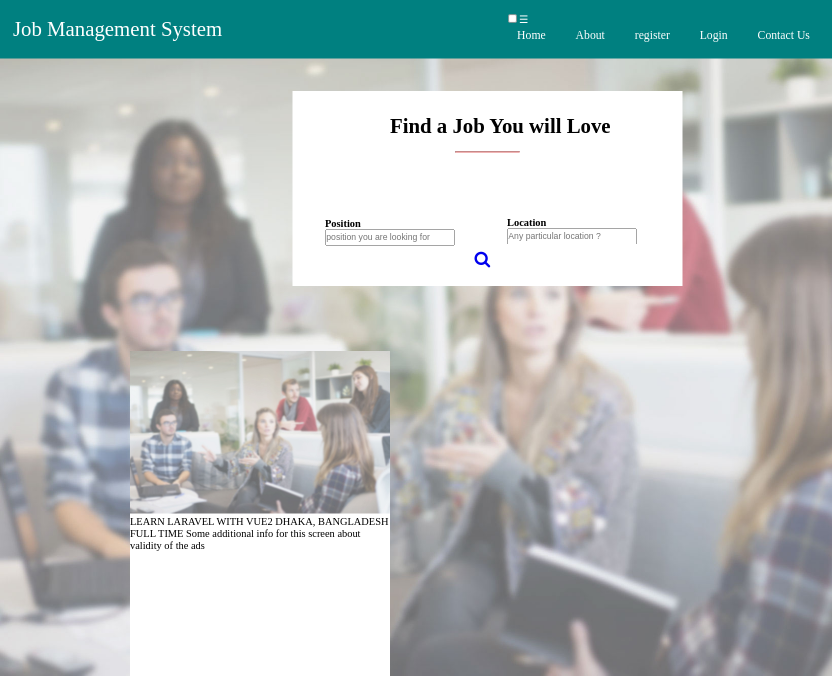
Repository: PrinceKumawat1109/JFSD
Page: http://localhost/Job-management/home.jsp
These files come from the project's save history. The page is drawn as it stood at one moment and after the next save; the edit follows.
The browser window is 1280 px wide. The pictures show the whole page, at 65% of full size.
The page is served by Tomcat 9. Other server files are loaded and not shown.

Above is the page before, as saved 2022-10-29 18:36:40.

### Job-management/src/main/webapp/home.jsp
<%@ page language="java" contentType="text/html; charset=UTF-8"
    pageEncoding="UTF-8"%>
<!DOCTYPE html>
<html>
<head>
<meta charset="UTF-8">
<link rel="stylesheet" href="https://cdnjs.cloudflare.com/ajax/libs/font-awesome/4.7.0/css/font-awesome.min.css">
<title>Home</title>
	<jsp:include page="navbar.jsp" />
</head>
<style>
body{
    background-image: url('meeting.jpg');

    background-size: cover;

}
.box{
height: 300px;
width: 600px;
background-color: white;
margin-left: 450px;
margin-top: 50px;
}
h4{
margin-left: 50px;
margin-top: 100px;
}
.location h4{
margin-left: 330px;
margin-top: -45px;

}
.card{
height:500px;
width: 400px;
background-color: white;
margin-left: 200px;
margin-top: 100px;
}
</style>
<body>

<div class="box">
<br><br>
<h1 style="margin-left: 150px;">Find a Job You will Love</h1>
<hr style="width: 100px; background-color: red; margin-left: 250px; margin-top: 20px;">
<h4>Position</h4>
<div class="kk" style="margin-left: 50px;">
<input style="height: 25px; width: 200px;"  type="box"  placeholder="position you are looking for">
</div>

<div class="location">
<h4>Location</h4>
<div class="ii">
<input style="height: 25px; width: 200px; margin-left: 330px; "  type="box" placeholder="Any particular location ?">
</div>
</div>
<div class="search">
<a href="facebook.com"><i class="fa fa-search" style="margin-top: 10px; font-size:26px; margin-left: 280px;"></i></a>
</div>
</div>

<div class="card">
<a href="instagram.com"><img src="meeting.jpg" style="height: 250px; width: 400px;"></a>
<p>LEARN LARAVEL WITH VUE2
 DHAKA, BANGLADESH FULL TIME

Some additional info for this screen about validity of the ads</p>

</div>
</body>
</html>

### Job-management/src/main/webapp/navbar.jsp
<!DOCTYPE html>
<html lang="en">
 <head>
   <meta charset="UTF-8" />
   <meta http-equiv="X-UA-Compatible" content="IE=edge" />
   <meta name="viewport" content="width=device-width, initial-scale=1.0" />
   <style>

    /* UTILITIES */
* {
 margin: 0;
 padding: 0;
 box-sizing: border-box;
}
body {
 font-family: cursive;
}
a {
 text-decoration: none;
}
li {
 list-style: none;
}

/* NAVBAR STYLING STARTS */
.navbar {
 display: flex;
 align-items: center;
 justify-content: space-between;
 padding: 20px;
 background-color: teal;
 color: #fff;
}
.nav-links a {
 color: #fff;
}
/* LOGO */
.logo {
 font-size: 32px;
}
/* NAVBAR MENU */
.menu {
 display: flex;
 gap: 1em;
 font-size: 18px;
}
.menu li:hover {
 background-color: #4c9e9e;
 border-radius: 5px;
 transition: 0.3s ease;
}
.menu li {
 padding: 5px 14px;
}
/* DROPDOWN MENU */
.services {
 position: relative;
}
.dropdown {
 background-color: rgb(1, 139, 139);
 padding: 1em 0;
 position: absolute; /*WITH RESPECT TO PARENT*/
 display: none;
 border-radius: 8px;
 top: 35px;
}
.dropdown li + li {
 margin-top: 10px;
}
.dropdown li {
 padding: 0.5em 1em;
 width: 8em;
 text-align: center;
}
.dropdown li:hover {
 background-color: #4c9e9e;
}
.services:hover .dropdown {
 display: block;
}
   </style>
   <title>Document</title>
 </head>
 <body>
   <nav class="navbar">
     <!-- LOGO -->
     <div class="logo">Job Management System</div>
     <!-- NAVIGATION MENU -->
     <ul class="nav-links">
       <!-- USING CHECKBOX HACK -->
       <input type="checkbox" id="checkbox_toggle" />
       <label for="checkbox_toggle" class="hamburger">&#9776;</label>
       <!-- NAVIGATION MENUS -->
       <div class="menu">
         <li><a href="home.jsp">Home</a></li>
         <li><a href="/">About</a></li>
         <li class="services">
           <a href="/">register</a>
           <!-- DROPDOWN MENU -->
           <ul class="dropdown">
             <li><a href="employeeregister.jsp">Employee </a></li>
             <li><a href="employerregister.jsp">Employers</a></li>
           </ul>
         </li>
         <li class="services">
           <a href="/">Login</a>
           <!-- DROPDOWN MENU -->
           <ul class="dropdown">
             <li><a href="employeelogin.jsp">Employee login </a></li>
             <li><a href="employerlogin.jsp">Employers login</a></li>
           </ul>
         </li>
         <li><a href="contact.jsp">Contact Us</a></li>
       </div>
     </ul>
   </nav>
 </body>
</html>

After the next save:
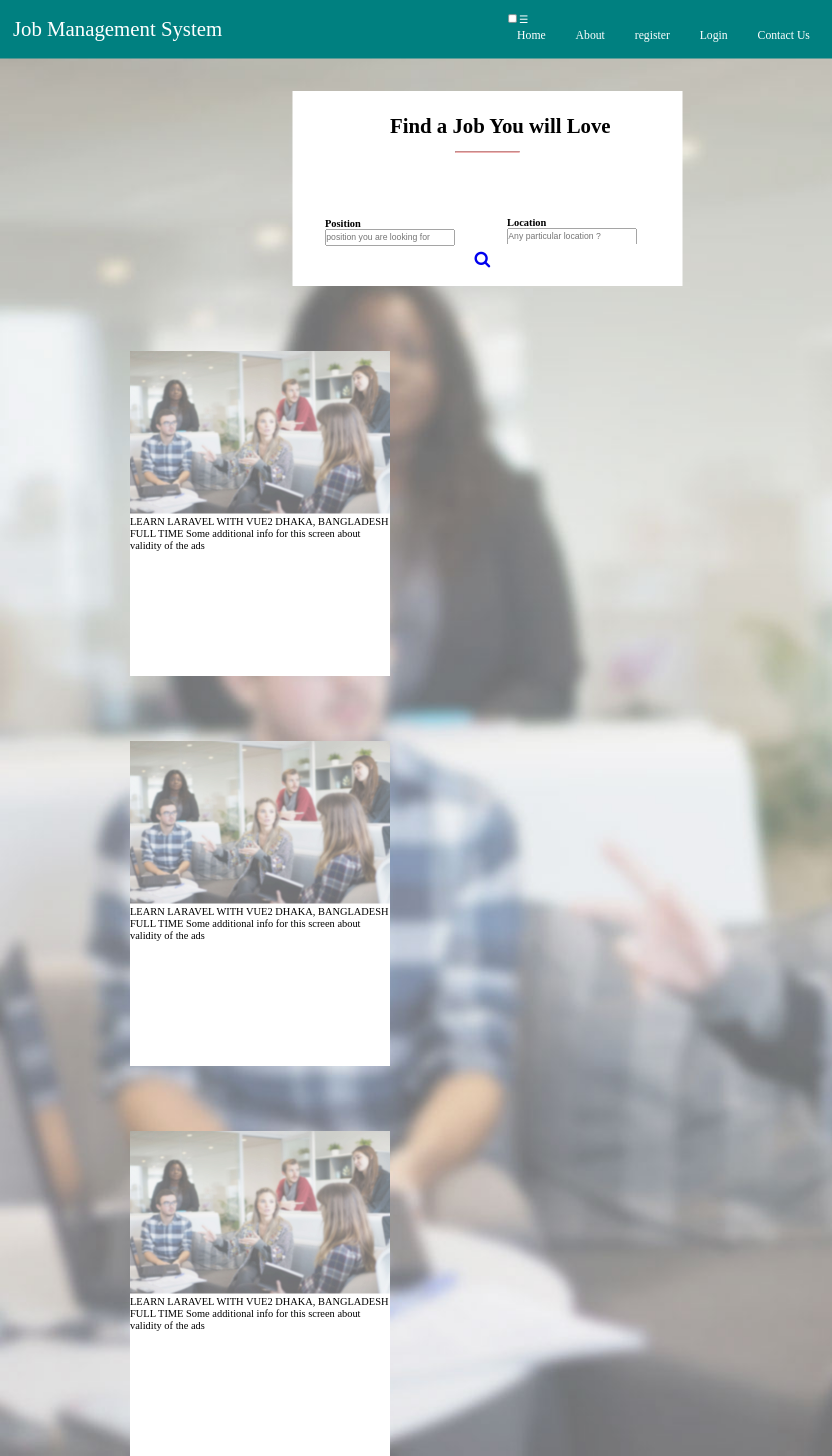
Saved 18 s later.
--- a/Job-management/src/main/webapp/home.jsp
+++ b/Job-management/src/main/webapp/home.jsp
@@ -69,5 +69,23 @@ margin-top: 100px;
 Some additional info for this screen about validity of the ads</p>
 
 </div>
+
+<div class="card">
+<a href="instagram.com"><img src="meeting.jpg" style="height: 250px; width: 400px;"></a>
+<p>LEARN LARAVEL WITH VUE2
+ DHAKA, BANGLADESH FULL TIME
+
+Some additional info for this screen about validity of the ads</p>
+
+</div>
+
+<div class="card">
+<a href="instagram.com"><img src="meeting.jpg" style="height: 250px; width: 400px;"></a>
+<p>LEARN LARAVEL WITH VUE2
+ DHAKA, BANGLADESH FULL TIME
+
+Some additional info for this screen about validity of the ads</p>
+
+</div>
 </body>
 </html>
